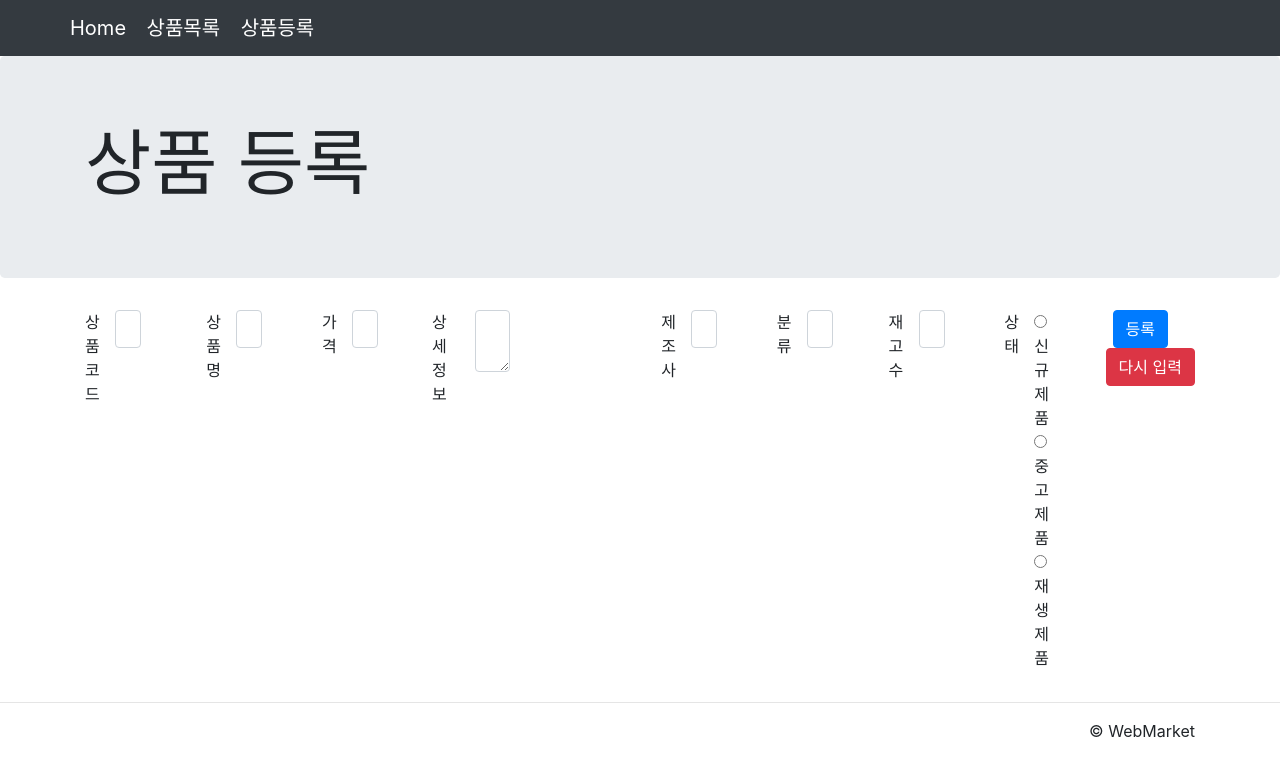
Repository: mi-ci/ai
Page: http://localhost/WebMarket/addProduct.jsp
An editor plug-in stored every save of this project. The page is shown before and after a run of saves, followed by the edit.
The browser window is 1280 px wide. The pictures show the whole page.
The page is served by Tomcat 9. Other server files are loaded and not shown.

Above is the page before, as saved 2024-01-19 07:49:09.

### WebMarket/src/main/webapp/addProduct.jsp
<%@ page language="java" contentType="text/html; charset=UTF-8"
    pageEncoding="UTF-8"%>
<!DOCTYPE html>
<html>
<head>
<meta charset="UTF-8">
<title>Insert title here</title>
</head>
<body>
	<jsp:include page="menu.jsp"></jsp:include>
	<div class = "jumbotron">
		<div class = "container">
			<h1 class="display-3">상품 등록</h1>
		</div>
	</div>

	<div class="text-center">
	<div class="container">
		<form action="processAddProduct.jsp" name="newProduct" class="form-horizontal" method="post">
		<div class="d-flex justify-content-center">
		<div class="form-group row">
			<label class="col-sm-2">상품코드</label>
			<div class="col-sm-3">
				<input type="text" name = "productId" class="form-control">
			</div>
		</div>

		<div class="form-group row">
			<label class="col-sm-2">상품명</label>
			<div class="col-sm-3">
				<input type="text" name = "pname" class="form-control">
			</div>
		</div>

		<div class="form-group row">
			<label class="col-sm-2">가격</label>
			<div class="col-sm-3">
				<input type="text" name = "unitPrice" class="form-control">
			</div>
		</div>

		<div class="form-group row">
			<label class="col-sm-2">상세정보</label>
			<div class="col-sm-3">
				<textarea name = "description" cols="50" rows="2" class="form-control"></textarea>
			</div>
		</div>

		<div class="form-group row">
			<label class="col-sm-2">제조사</label>
			<div class="col-sm-3">
				<input type="text" name = "manufacturer" class="form-control">
			</div>
		</div>

		<div class="form-group row">
			<label class="col-sm-2">분 류</label>
			<div class="col-sm-3">
				<input type="text" name = "category" class="form-control">
			</div>
		</div>

		<div class="form-group row">
			<label class="col-sm-2">재고수</label>
			<div class="col-sm-3">
				<input type="text" name = "unitsInStock" class="form-control">
			</div>
		</div>

		<div class="form-group row">
			<label class="col-sm-2">상태</label>
			<div class="col-sm-3">
				<input type="radio" name = "condition" value="New"> 신규 제품
				<input type="radio" name = "condition" value="Old"> 중고 제품
				<input type="radio" name = "condition" value="Refurbished"> 재생 제품
			</div>
		</div>

		<div class="form-group row">
			<div class="col-sm-offset col-sm-10">
				<input type="submit" class = "btn btn-primary" value="등록">
				<input type="reset" class = "btn btn-danger" value="다시 입력">
			</div>
		</div>
		</div>

		</form>


	</div>
	</div>

	<jsp:include page="footer.jsp"></jsp:include>

</body>
</html>

### WebMarket/src/main/webapp/menu.jsp
<%@ page language="java" contentType="text/html; charset=UTF-8"
    pageEncoding="UTF-8"%>
<!DOCTYPE html>
<html>
<head>
<meta charset="UTF-8">
<title>Insert title here</title>
<link rel="stylesheet" href="https://cdn.jsdelivr.net/npm/bootstrap@4.0.0/dist/css/bootstrap.min.css" integrity="sha384-Gn5384xqQ1aoWXA+058RXPxPg6fy4IWvTNh0E263XmFcJlSAwiGgFAW/dAiS6JXm" crossorigin="anonymous">
</head>
<body>
	<nav class ="navbar navbar-expand navbar-dark bg-dark">
	 	<div class= "container">
	 		<div class = "navbar-header">
	 			<a class = "navbar-brand" href="welcome.jsp">Home</a>
	 			<a class = "navbar-brand" href="Products.jsp">상품목록</a>
	 			<a class = "navbar-brand" href="addProduct.jsp">상품등록</a>
	 		</div>
		</div>
	</nav>

</body>
</html>

### WebMarket/src/main/webapp/footer.jsp
<%@ page language="java" contentType="text/html; charset=UTF-8"
    pageEncoding="UTF-8"%>
<!DOCTYPE html>
<html>
<head>
<meta charset="UTF-8">
<title>Insert title here</title>
<link rel="stylesheet" href="https://cdn.jsdelivr.net/npm/bootstrap@4.0.0/dist/css/bootstrap.min.css" integrity="sha384-Gn5384xqQ1aoWXA+058RXPxPg6fy4IWvTNh0E263XmFcJlSAwiGgFAW/dAiS6JXm" crossorigin="anonymous">
</head>
<body>
	<hr>
	<footer class = "container text-right">
		<p>&copy; WebMarket </p>
	</footer>
</body>
</html>

After the next 3 saves:
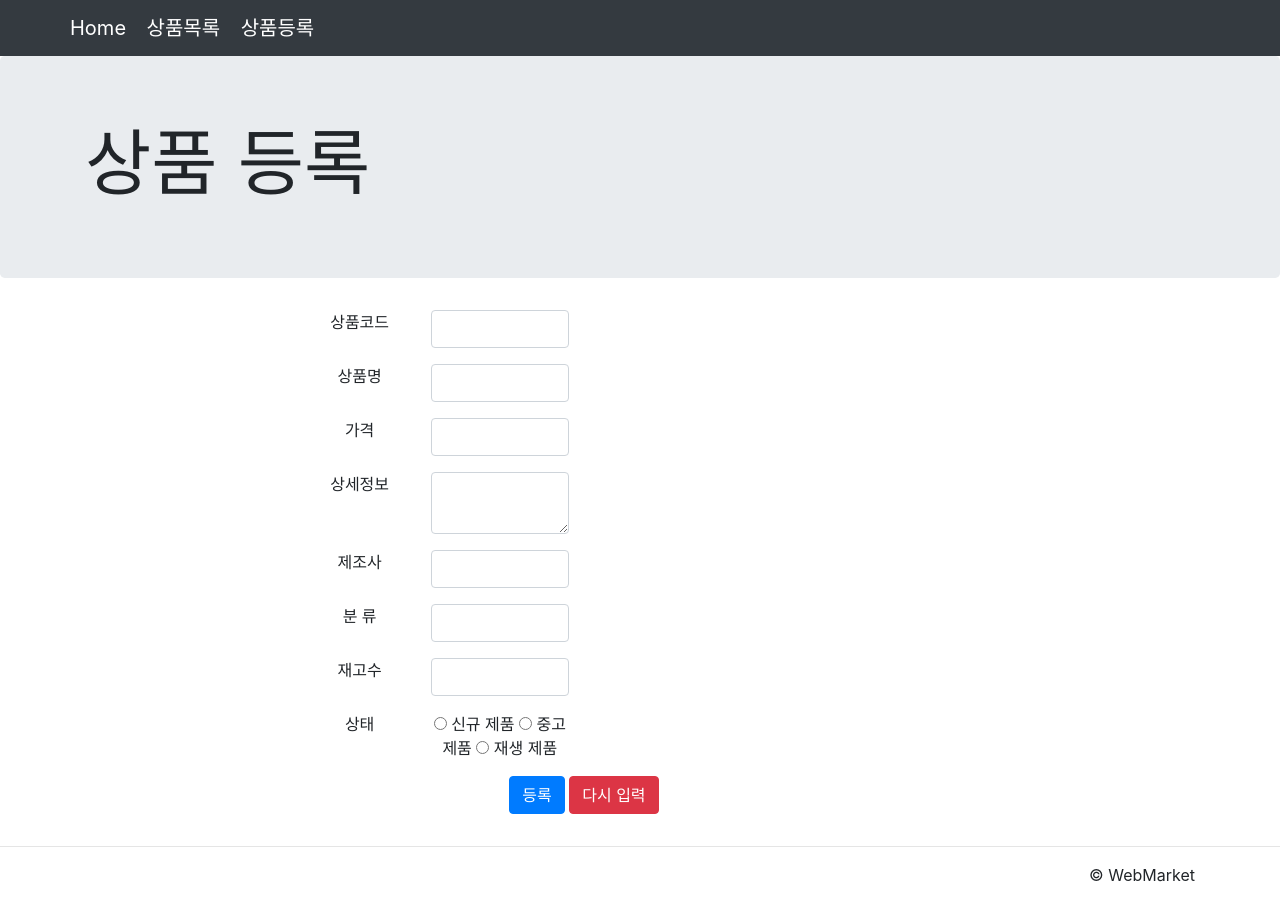
The 3 saves are shown as one change because they came seconds apart.
The last was saved 17 s later.
--- a/WebMarket/src/main/webapp/addProduct.jsp
+++ b/WebMarket/src/main/webapp/addProduct.jsp
@@ -15,9 +15,9 @@
 	</div>
 
 	<div class="text-center">
-	<div class="container">
+	<div class="container d-flex justify-content-center">
 		<form action="processAddProduct.jsp" name="newProduct" class="form-horizontal" method="post">
-		<div class="d-flex justify-content-center">
+
 		<div class="form-group row">
 			<label class="col-sm-2">상품코드</label>
 			<div class="col-sm-3">
@@ -82,7 +82,7 @@
 				<input type="reset" class = "btn btn-danger" value="다시 입력">
 			</div>
 		</div>
-		</div>
+
 
 		</form>
 
